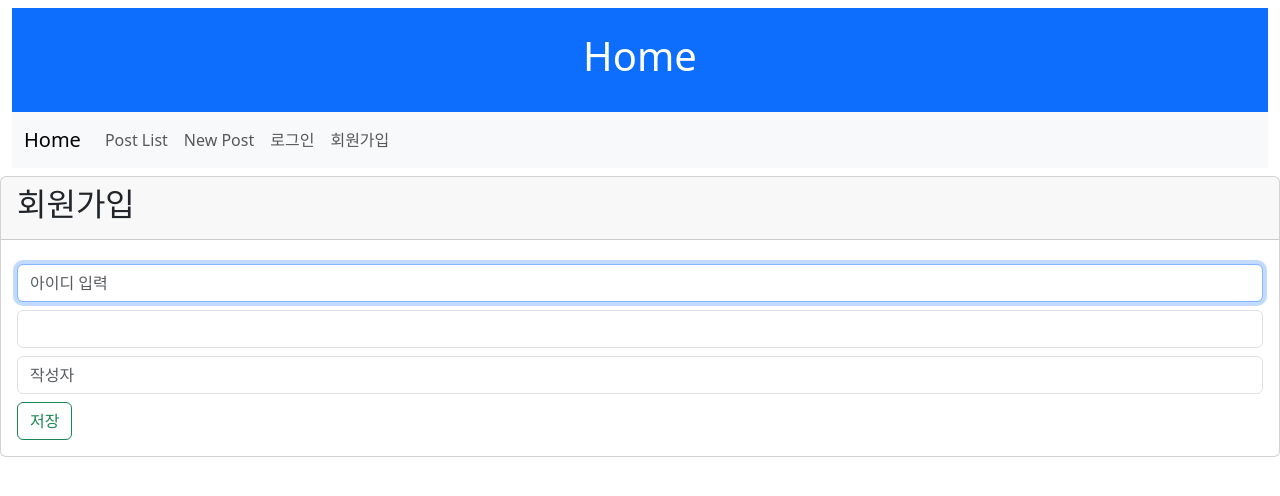
Repository: ldj0905/javaproject
Page: http://localhost/lab05_jsp/
An editor plug-in stored every save of this project. The page is shown before and after the next save, followed by the edit.
The browser window is 1280 px wide. The pictures show the whole page.
The page is served by Tomcat 10.

Above is the page before, as saved 2024-05-30 07:42:03.

After the next save:
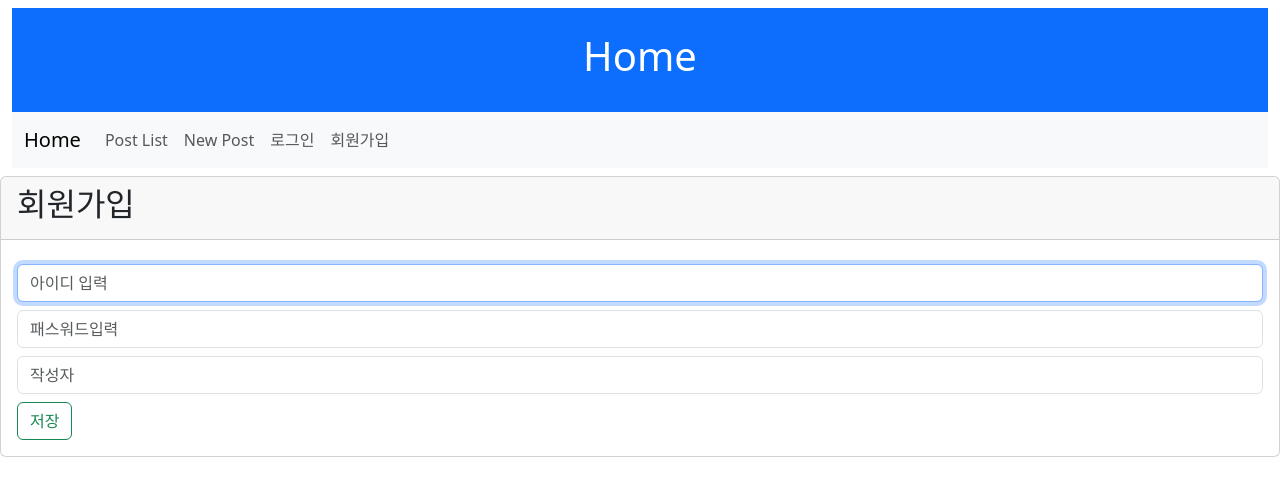
Saved 9 s later.
--- a/lab05_jsp/src/main/webapp/WEB-INF/views/home.jsp
+++ b/lab05_jsp/src/main/webapp/WEB-INF/views/home.jsp
@@ -34,7 +34,7 @@
                     </div>
                     <div class = "mt-2">
                         <input class="form-control" type = "text"
-                        name="userid" placeholder="" required></input>
+                        name="password" placeholder="패스워드입력" required></input>
                     </div>
                     <div class = "mt-2">
                         <input class="form-control"  type="text" name="author" placeholder="작성자" required/>
